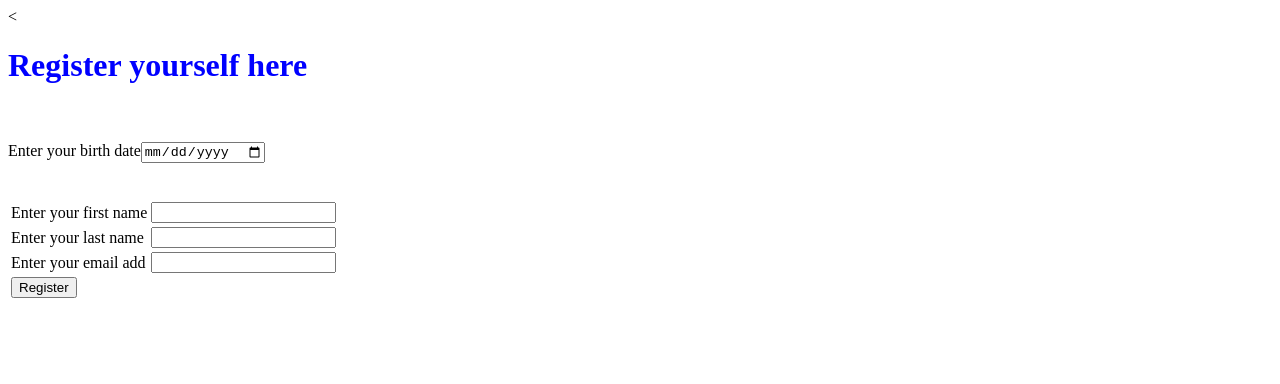
Repository: Prince1530/training
Page: BankProject/public/register.html
An editor plug-in stored every save of this project. The page is shown before and after the next save, followed by the edit.
The browser window is 1280 px wide. The pictures show the whole page.

Above is the page before, as saved 2022-06-13 09:03:40.

### BankProject/public/register.html
<<!DOCTYPE html>
<html>
<head>
<link rel="stylesheet"href="style.css"/ >
<meta charset="ISO-8859-1">
<title>Insert title here</title>
</head>
<body>
<h1>Register yourself here</h1>
<table>
<tr><td>Enter your first name</td><td><input type=text></td><br>
<tr><td>Enter your last name</td><td><input type=text></td><br>
<tr<td>Enter your birth date<input type=date></tr></td><br>
<tr><td>Enter your email add</td><td><input type=text></td><br>
<tr><td><input type=submit name =submit value="Register"></tr></td> <br>
</table>
</body>
</html>

### BankProject/public/style.css

@charset "ISO-8859-1";
h1{
	color:blue;


}
h2{
	color:red;
}

After the next save:
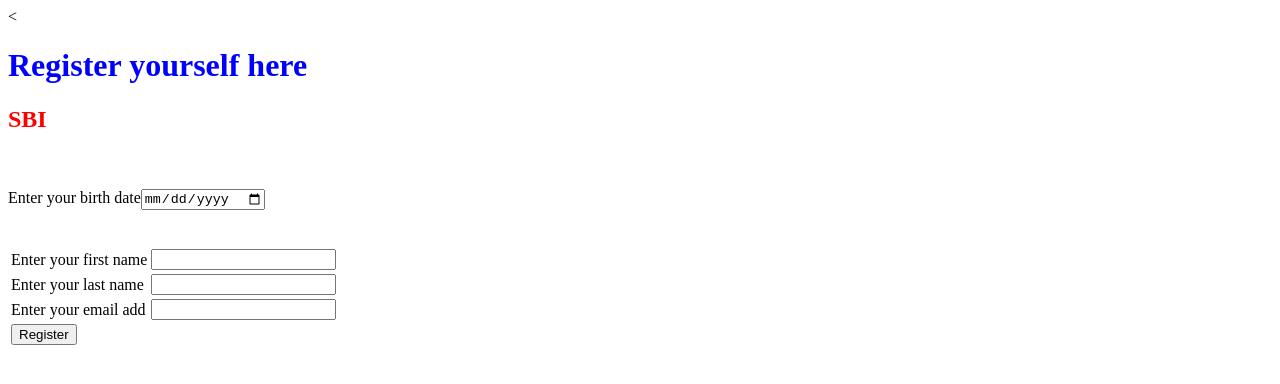
Saved 38 s later.
--- a/BankProject/public/register.html
+++ b/BankProject/public/register.html
@@ -7,6 +7,7 @@
 </head>
 <body>
 <h1>Register yourself here</h1>
+<h2>SBI</h2>
 <table>
 <tr><td>Enter your first name</td><td><input type=text></td><br>
 <tr><td>Enter your last name</td><td><input type=text></td><br>
